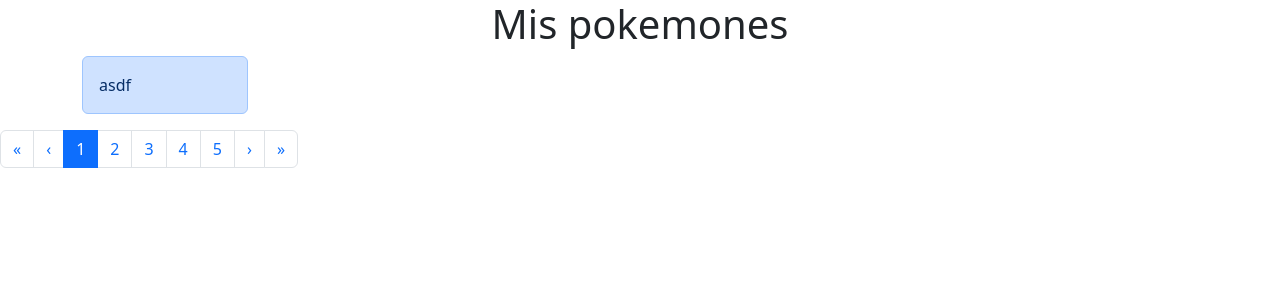
Repository: MiguelDev5/poke-shop
Page: /
The author's editor kept a copy of each file at every save. The page is drawn from the files as they stood at one save, then again after the next save.
The browser window is 1280 px wide. The pictures show the whole page.
The page's requests for data from a server got no answer. The project was rebuilt for these pictures with package versions that can differ from the ones it lists, and the page was loaded fresh each time. No one was signed in, and anything a server would have sent is missing.

Above is the page before, as saved 2023-10-28 00:20:56.

### src/App.js
import React, { useState, useEffect } from 'react';
import 'bootstrap/dist/css/bootstrap.min.css';
import fetchData from './api/poke_api';
import PokeGrid from './components/body';
import PokeTitle from './components/title';
import PokePagination from './components/pagination';
import { Col } from 'react-bootstrap';


const App = () => {
  const [data, setData] = useState(null);

  useEffect(() => {
    const getData = async () => {
      try {
        const jsonData = await fetchData();
        console.log(jsonData);
        setData(jsonData);
      } catch (error) {
        console.log("--------------->");
        console.error(error);
      }
    };

    getData();
  }, []);

  return (
    <div>
      <Col>
        <PokeTitle/>
        <PokeGrid props={data} />
        <PokePagination/>
      </Col>
    </div>
  );
};

export default App;

### src/api/poke_api.js
const fetchData = async () => {
    try {
        const response = await fetch('https://pokeapi.co/api/v2/pokemon');
        const jsonData = await response.json();
        console.log("--------------->1");
        return jsonData;
    } catch (error) {
        console.error('Error al obtener datos:', error);
    }
};

export default fetchData;

### src/components/body.js
import { Container } from 'react-bootstrap';
import { Row } from 'react-bootstrap';
import { Col } from 'react-bootstrap';
import { Alert } from 'react-bootstrap';

function PokeGrid (props) {
    console.log(props);
    // try {
    //     if ('results' in props.results) {
    //         return <div>Renderizado si la condición es verdadera </div>;
    //       } else {
    //         return <div>Renderizado si la condición es falsa</div>;
    //       }
    // } catch (error) {
    //     console.error(error);
    // }

    return (
        <Container>

            <Row>




                        <Col xxl={2} xl={2} lg={2} md={4} xs={6} >
                         <Alert key="{elemento['name']}" variant='primary'>
                             asdf
                         </Alert>
                     </Col>





            </Row>
        </Container>
    );
}

export default PokeGrid;

### src/components/title.js
const PokeTitle = () => {
    return (
      <div style={{
          display: "flex",
          alignItems: "center",
          justifyContent: "center",
          height: "100%"
        }}
      >
        <h1>
          Mis pokemones
        </h1>
      </div>
    );
  }

  export default PokeTitle;

### src/components/pagination.js
import React, { useState } from 'react';
import { Pagination } from 'react-bootstrap';

const PokePagination = () => {
  const [currentPage, setCurrentPage] = useState(1);

  const handlePageChange = (pageNumber) => {
    setCurrentPage(pageNumber);
  };

  const renderPaginationItems = () => {
    const totalPages = 20; // Total de páginas en tu conjunto de datos
    const maxVisiblePages = 5; // Número máximo de páginas visibles

    let startPage = Math.max(currentPage - Math.floor(maxVisiblePages / 2), 1);
    let endPage = Math.min(startPage + maxVisiblePages - 1, totalPages);

    if (endPage - startPage < maxVisiblePages - 1) {
      startPage = Math.max(endPage - maxVisiblePages + 1, 1);
    }

    const paginationItems = [];

    for (let i = startPage; i <= endPage; i++) {
      paginationItems.push(
        <Pagination.Item
          key={i}
          active={i === currentPage}
          onClick={() => handlePageChange(i)}
        >
          {i}
        </Pagination.Item>
      );
    }

    return paginationItems;
  };

  return (
    <Pagination>
      <Pagination.First onClick={() => handlePageChange(1)} />
      <Pagination.Prev
        onClick={() => handlePageChange(Math.max(currentPage - 1, 1))}
      />
      {renderPaginationItems()}
      <Pagination.Next
        onClick={() =>
          handlePageChange(Math.min(currentPage + 1, 20))
        }
      />
      <Pagination.Last onClick={() => handlePageChange(20)} />
    </Pagination>
  );
};

export default PokePagination;

Loaded but not shown: public/index.html (common file); src/index.js (common file); src/index.css (common file); src/reportWebVitals.js (common file)

After the next save:
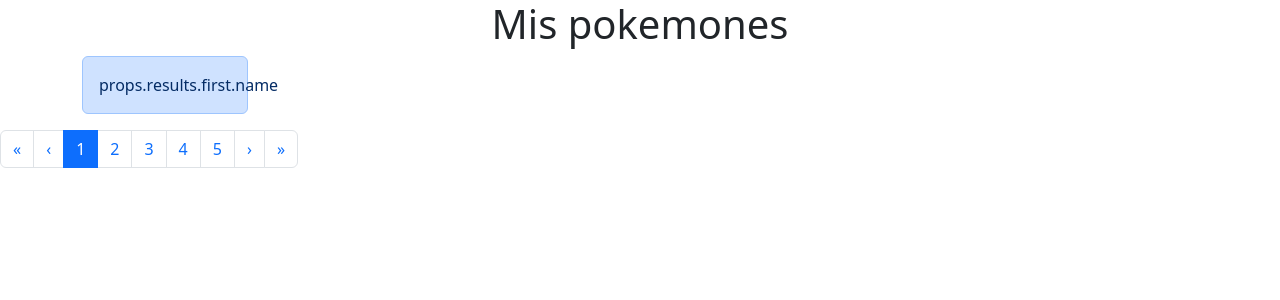
Saved 31 s later.
--- a/src/components/body.js
+++ b/src/components/body.js
@@ -25,7 +25,7 @@
 
                         <Col xxl={2} xl={2} lg={2} md={4} xs={6} >
                          <Alert key="{elemento['name']}" variant='primary'>
-                             asdf
+                             props.results.first.name
                          </Alert>
                      </Col>
 
